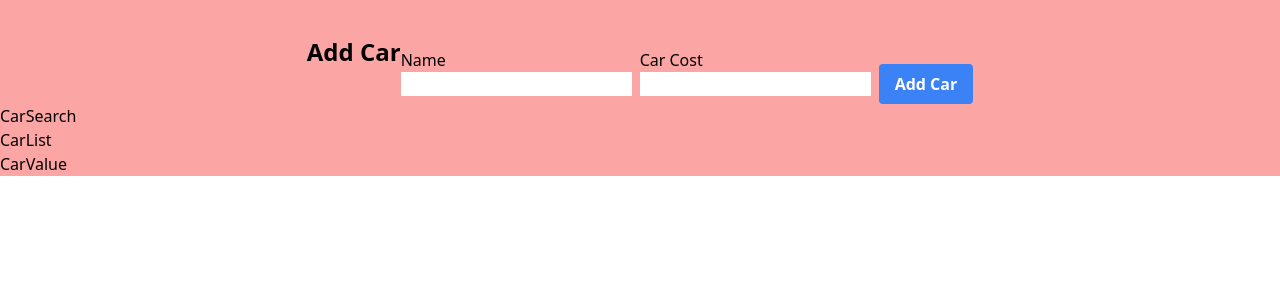
Repository: Marhamat92/carsappreduxtoolkit
Page: /
The author's editor kept a copy of each file at every save. The page is drawn from the files as they stood at one save, then again after a run of saves.
The browser window is 1280 px wide. The pictures show the whole page.
The project was rebuilt for these pictures with package versions that can differ from the ones it lists, and the page was loaded fresh each time.

Above is the page before, as saved 2023-01-23 21:04:09.

After the next 2 saves:
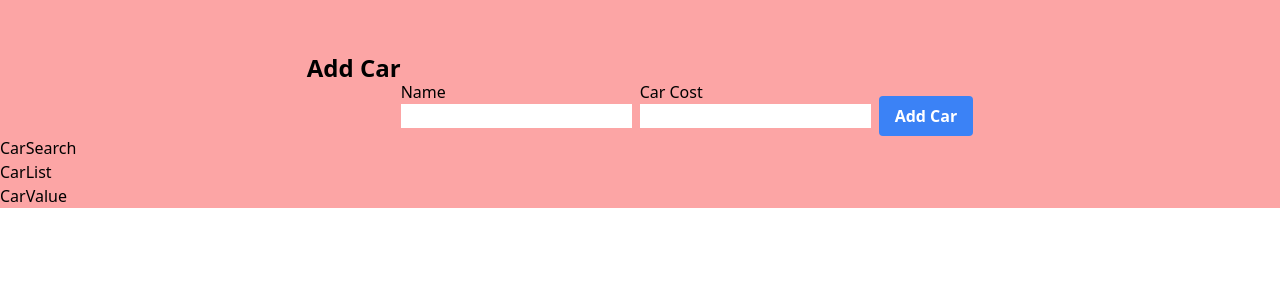
The 2 saves are shown as one change because they came seconds apart.
The last was saved 9 s later.
--- a/src/components/CarForm.js
+++ b/src/components/CarForm.js
@@ -4,7 +4,7 @@ function CarForm() {
   return (
     <div className='flex items-center justify-center'>
       <h1 className='font-bold text-2xl' >Add Car</h1>
-      <div className='mt-12'>
+      <div className='mt-20'>
         <form className='flex flex-row space-x-2'>
           <div className='flex flex-col'>
             <label htmlFor='make'>Name</label>
